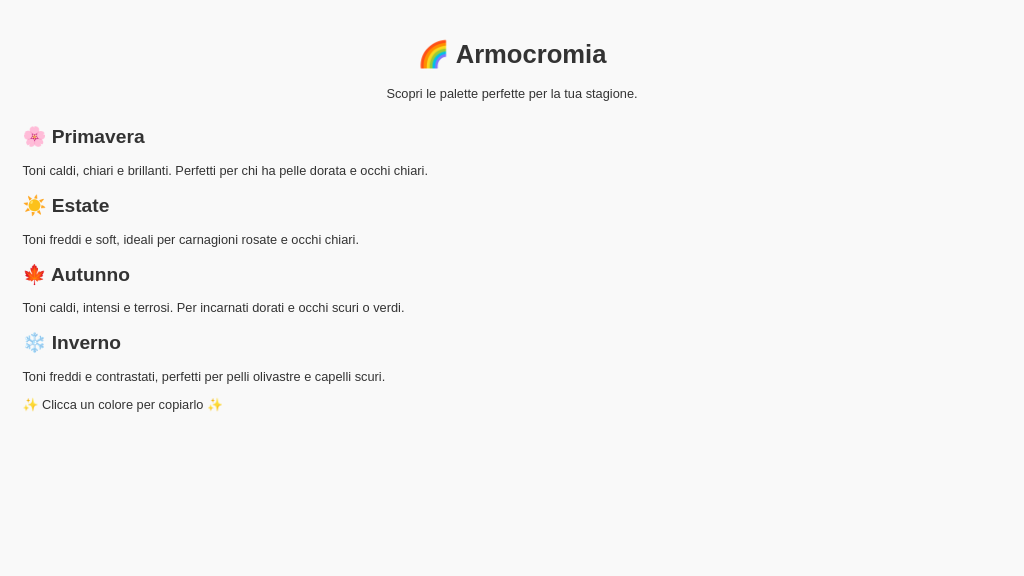
Repository: Probyte5D/Armocromia-website
Page: index.html
An editor plug-in stored every save of this project. The page is shown before and after the next save, followed by the edit.
The browser window is 1280 px wide. The pictures show the whole page, at 80% of full size.

Above is the page before, as saved 2025-04-17 20:06:47.
Console error: TypeError: Cannot read properties of null (reading 'addEventListener')

### index.html
<!DOCTYPE html>
<html lang="it">
<head>
  <meta charset="UTF-8" />
  <meta name="viewport" content="width=device-width, initial-scale=1.0" />
  <title>Armocromia - Scopri la tua stagione</title>
  <link rel="stylesheet" href="style.css" />
</head>
<body>
  <header>
    <h1>🌈 Armocromia</h1>
    <p>Scopri le palette perfette per la tua stagione.</p>
  </header>

  <main>
    <section class="season primavera">
      <h2>🌸 Primavera</h2>
      <p>Toni caldi, chiari e brillanti. Perfetti per chi ha pelle dorata e occhi chiari.</p>
      <div class="palette">
        <div class="color" data-color="#FFD1DC"></div>
        <div class="color" data-color="#FFFACD"></div>
        <div class="color" data-color="#E0BBE4"></div>
        <div class="color" data-color="#FFB347"></div>
        <div class="color" data-color="#B5EAD7"></div>
      </div>
    </section>

    <section class="season estate">
      <h2>☀️ Estate</h2>
      <p>Toni freddi e soft, ideali per carnagioni rosate e occhi chiari.</p>
      <div class="palette">
        <div class="color" data-color="#BFD7EA"></div>
        <div class="color" data-color="#D6E2E9"></div>
        <div class="color" data-color="#A2D2FF"></div>
        <div class="color" data-color="#CDB4DB"></div>
        <div class="color" data-color="#E2F0CB"></div>
      </div>
    </section>

    <section class="season autunno">
      <h2>🍁 Autunno</h2>
      <p>Toni caldi, intensi e terrosi. Per incarnati dorati e occhi scuri o verdi.</p>
      <div class="palette">
        <div class="color" data-color="#D2691E"></div>
        <div class="color" data-color="#C3B091"></div>
        <div class="color" data-color="#A0522D"></div>
        <div class="color" data-color="#F4A460"></div>
        <div class="color" data-color="#B22222"></div>
      </div>
    </section>

    <section class="season inverno">
      <h2>❄️ Inverno</h2>
      <p>Toni freddi e contrastati, perfetti per pelli olivastre e capelli scuri.</p>
      <div class="palette">
        <div class="color" data-color="#000000"></div>
        <div class="color" data-color="#4169E1"></div>
        <div class="color" data-color="#8A2BE2"></div>
        <div class="color" data-color="#FF1493"></div>
        <div class="color" data-color="#00CED1"></div>
      </div>
    </section>
  </main>

  <footer>
    <p>✨ Clicca un colore per copiarlo ✨</p>
  </footer>

  <script src="script.js"></script>
</body>
</html>

### style.css
body {
  font-family: Arial, sans-serif;
  background-color: #f9f9f9;
  color: #333;
  padding: 20px;
}

header {
  text-align: center;
  margin-bottom: 30px;
}

.question {
  margin-bottom: 20px;
}

label {
  display: block;
  margin: 5px 0;
}

button {
  padding: 10px 20px;
  font-size: 16px;
}

.hidden {
  display: none;
}

#palette {
  display: flex;
  gap: 10px;
  margin-top: 20px;
}

.color-box {
  width: 60px;
  height: 60px;
  border: 1px solid #ccc;
  cursor: pointer;
}

### script.js
document.getElementById('armocromiaTest').addEventListener('submit', function(e) {
  e.preventDefault();

  const capelli = document.querySelector('input[name="capelli"]:checked')?.value;
  const occhi = document.querySelector('input[name="occhi"]:checked')?.value;
  const pelle = document.querySelector('input[name="pelle"]:checked')?.value;

  if (!capelli || !occhi || !pelle) {
    alert('Per favore, rispondi a tutte le domande.');
    return;
  }

  let stagione = '';
  let palette = [];

  // Logica semplificata per determinare la stagione
  if (capelli === 'chiari' && occhi === 'chiari' && pelle === 'si_abbronza') {
    stagione = 'Primavera';
    palette = ['#FFD1DC', '#FFFACD', '#E0BBE4', '#FFB347', '#B5EAD7'];
  } else if (capelli === 'chiari' && occhi === 'chiari' && pelle === 'si_scotta') {
    stagione = 'Estate';
    palette = ['#BFD7EA', '#D6E2E9', '#A2D2FF', '#CDB4DB', '#E2F0CB'];
  } else if (capelli === 'scuri' && occhi === 'scuri' && pelle === 'si_abbronza') {
    stagione = 'Autunno';
    palette = ['#D2691E', '#C3B091', '#A0522D', '#F4A460', '#B22222'];
  } else {
    stagione = 'Inverno';
    palette = ['#000000', '#4169E1', '#8A2BE2', '#FF1493', '#00CED1'];
  }

  document.getElementById('stagione').textContent = `La tua stagione è: ${stagione}`;
  const paletteContainer = document.getElementById('palette');
  paletteContainer.innerHTML = '';
  palette.forEach(color => {
    const div = document.createElement('div');
    div.className = 'color-box';
    div.style.backgroundColor = color;
    div.title = color;
    div.addEventListener('click', () => {
      navigator.clipboard.writeText(color);
      alert(`Colore ${color} copiato negli appunti!`);
    });
    paletteContainer.appendChild(div);
  });

  document.getElementById('risultato').classList.remove('hidden');
});

After the next save:
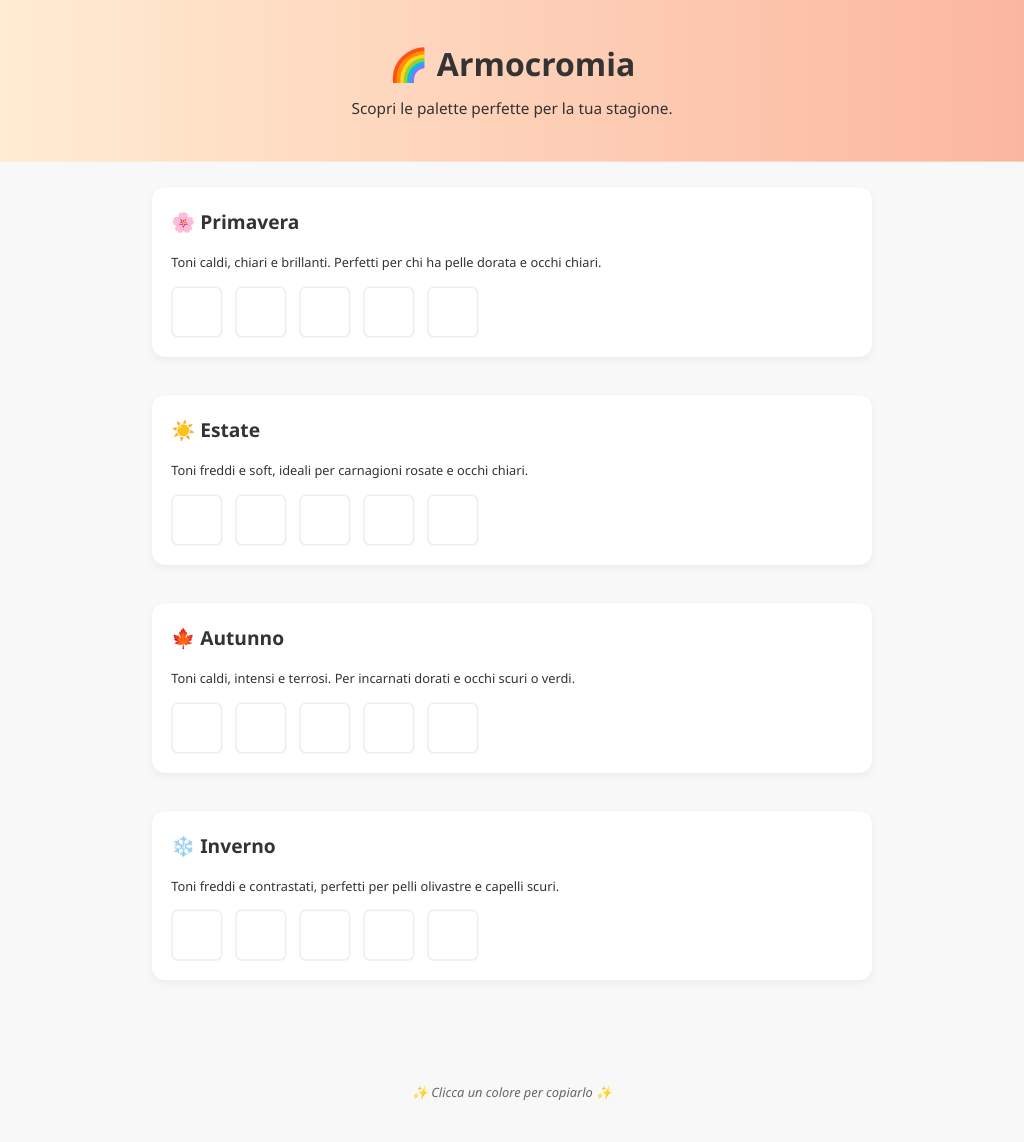
Saved 11 s later.
--- a/style.css
+++ b/style.css
@@ -1,42 +1,68 @@
 body {
-  font-family: Arial, sans-serif;
-  background-color: #f9f9f9;
+  margin: 0;
+  font-family: 'Segoe UI', sans-serif;
+  background: #f8f8f8;
   color: #333;
-  padding: 20px;
+  line-height: 1.6;
 }
 
 header {
   text-align: center;
-  margin-bottom: 30px;
+  padding: 3rem 1rem 2rem;
+  background: linear-gradient(to right, #ffecd2, #fcb69f);
 }
 
-.question {
-  margin-bottom: 20px;
+header h1 {
+  font-size: 2.5rem;
+  margin: 0;
 }
 
-label {
-  display: block;
-  margin: 5px 0;
+header p {
+  font-size: 1.2rem;
+  margin-top: 0.5rem;
 }
 
-button {
-  padding: 10px 20px;
-  font-size: 16px;
+main {
+  max-width: 900px;
+  margin: 0 auto;
+  padding: 2rem;
 }
 
-.hidden {
-  display: none;
+.season {
+  margin-bottom: 3rem;
+  padding: 1.5rem;
+  border-radius: 1rem;
+  background-color: #fff;
+  box-shadow: 0 4px 10px rgba(0, 0, 0, 0.05);
 }
 
-#palette {
-  display: flex;
-  gap: 10px;
-  margin-top: 20px;
+.season h2 {
+  margin-top: 0;
 }
 
-.color-box {
+.palette {
+  display: flex;
+  gap: 1rem;
+  margin-top: 1rem;
+}
+
+.color {
   width: 60px;
   height: 60px;
-  border: 1px solid #ccc;
+  border-radius: 8px;
   cursor: pointer;
+  transition: transform 0.2s;
+  border: 2px solid #eee;
 }
+
+.color:hover {
+  transform: scale(1.1);
+  border-color: #999;
+}
+
+footer {
+  text-align: center;
+  padding: 2rem;
+  font-style: italic;
+  color: #666;
+}
